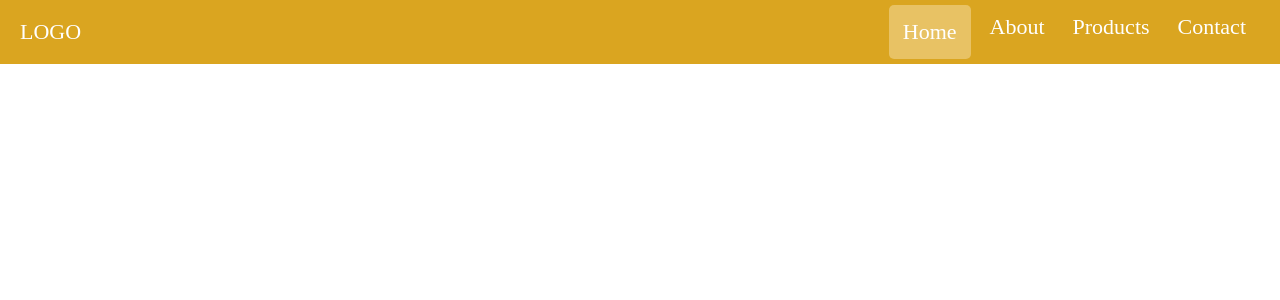
Repository: albayrakfatih/Flex-Navbar
Page: navbar-w-flexbox.html
An editor plug-in stored every save of this project. The page is shown before and after the next save, followed by the edit.
The browser window is 1280 px wide. The pictures show the whole page.
The pointer rests on the first visible `.navigation a`.

Above is the page before, as saved 2023-05-09 19:57:23.

After the next save:
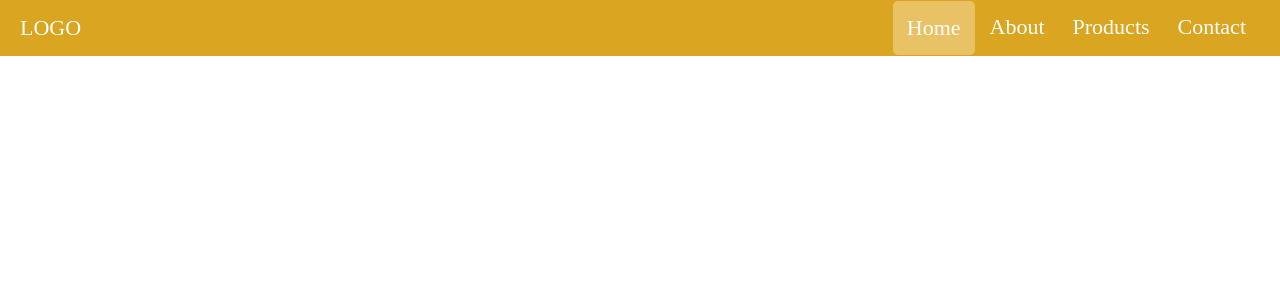
Saved 18 s later.
--- a/styles.css
+++ b/styles.css
@@ -30,5 +30,5 @@
 .navigation a:hover{
     background:  #e8c264;
     border-radius: 5px;
-    margin: 5px;
+    margin: 1px;
 }
